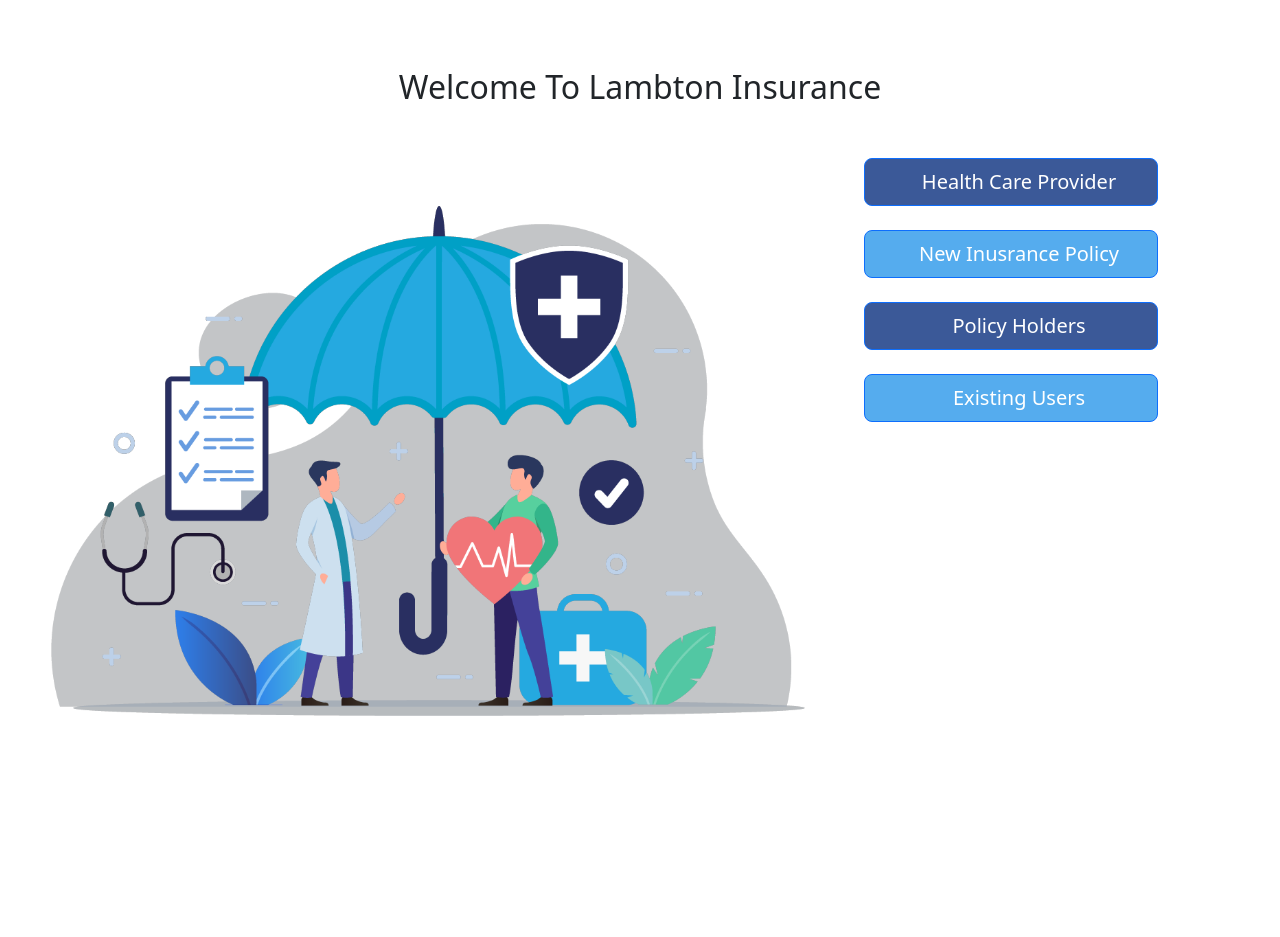
Repository: Puttaz/InsuranceGUI_React
Page: /index (app in client/)
An editor plug-in stored every save of this project. The page is shown before and after the next save, followed by the edit.
The browser window is 1280 px wide. The pictures show the whole page.
The project was rebuilt for these pictures with package versions that can differ from the ones it lists, and the page was loaded fresh each time. Also part of the build but not shown: client/vite.config.js, client/src/Index.css, client/src/Users.jsx, client/src/CreateUser.jsx, client/src/UpdateUser.jsx.

Above is the page before, as saved 2023-12-06 17:44:15.

### client/src/App.jsx
import { useState } from 'react'
import './App.css'
import {BrowserRouter, Routes, Route} from 'react-router-dom'
import 'bootstrap/dist/css/bootstrap.min.css'
import Index from './Index'
import Users from './Users'
import CreateUser from './CreateUser'
import UpdateUser from './UpdateUser'

function App() {
  const [count, setCount] = useState(0)

  return (
    <div>
      <BrowserRouter>
        <Routes>
          <Route path='/index' element = {<Index />}></Route>
          <Route path='/viewusers' element = {<Users />}></Route>
          <Route path='/createuser' element = {<CreateUser />}></Route>
          <Route path='/updateuser/:id' element = {<UpdateUser />}></Route>
        </Routes>
      </BrowserRouter>
    </div>
  )
}

export default App

### client/src/Index.jsx
import React from 'react';
import './App.css'; // Import your CSS file for styling
import Homepage from "./Homepage.png";
import './Index.css'

import {
  MDBContainer,
  MDBCol,
  MDBRow,
  MDBBtn,
  MDBIcon,
  MDBInput,
  MDBCheckbox
}
from 'mdb-react-ui-kit';

function App() {
  return (
    <MDBContainer fluid className="p-3 my-5">
      <div className="text-center">
      <h2 className="mt-1 mb-5 pb-1">Welcome To Lambton Insurance</h2>
      </div>
      <MDBRow>

        <MDBCol col='10' md='8'>

          <img src={Homepage}
          class="img-fluid" alt="home image" />
        </MDBCol>

        <MDBCol col='4' md='3'>

          <MDBBtn className="mb-4 w-100" size="lg" style={{backgroundColor: '#3b5998'}}>
            <MDBIcon fab icon="facebook-f" className="mx-2"/>
            Health Care Provider
          </MDBBtn>

          <MDBBtn className="mb-4 w-100" size="lg" style={{backgroundColor: '#55acee'}}>
            <MDBIcon fab icon="twitter" className="mx-2"/>
            New Inusrance Policy
          </MDBBtn>

          <MDBBtn className="mb-4 w-100" size="lg" style={{backgroundColor: '#3b5998'}}>
            <MDBIcon fab icon="facebook-f" className="mx-2"/>
            Policy Holders
          </MDBBtn>

          <MDBBtn className="mb-4 w-100" size="lg" style={{backgroundColor: '#55acee'}}>
            <MDBIcon fab icon="twitter" className="mx-2"/>
            Existing Users
          </MDBBtn>

        </MDBCol>

      </MDBRow>

    </MDBContainer>
  );
}

export default App;

Loaded but not shown: client/index.html (common file); client/src/main.jsx (common file); client/src/App.css (no stored copy; drawn as an empty file)

After the next save:
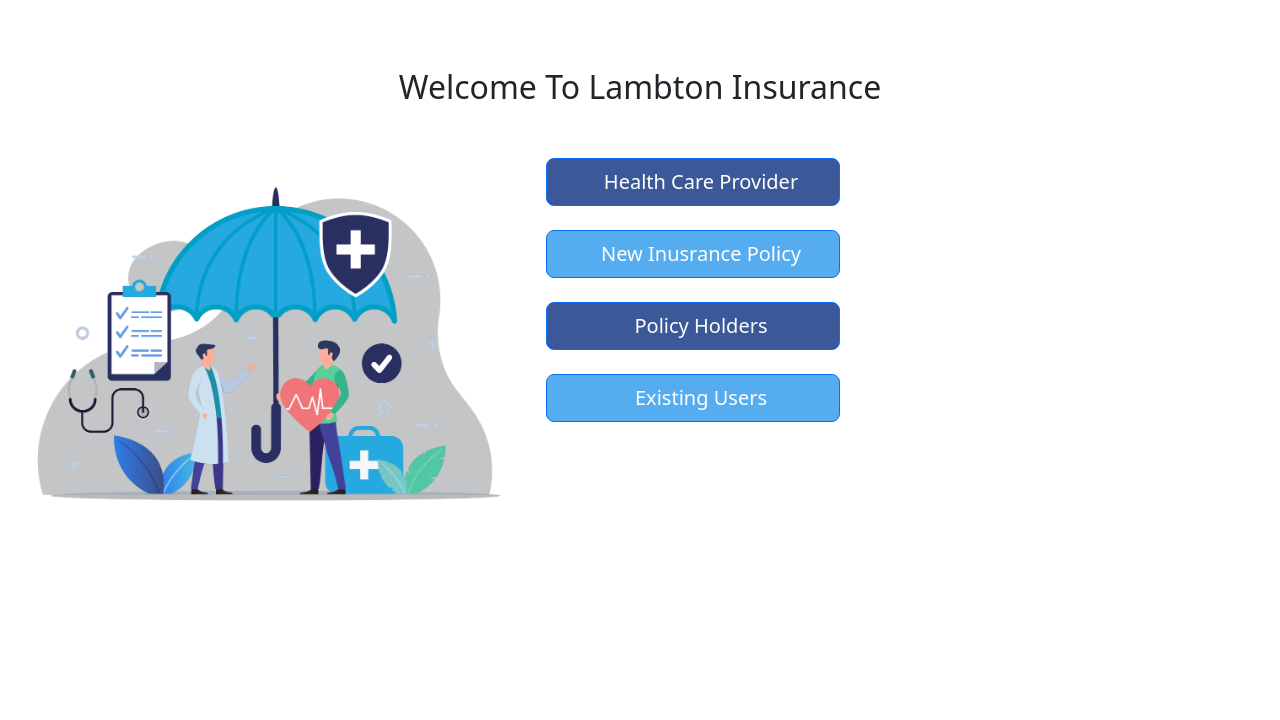
Saved 11 s later.
--- a/client/src/Index.jsx
+++ b/client/src/Index.jsx
@@ -22,7 +22,7 @@ function App() {
       </div>
       <MDBRow>
 
-        <MDBCol col='10' md='8'>
+        <MDBCol col='10' md='5'>
 
           <img src={Homepage}
           class="img-fluid" alt="home image" />
